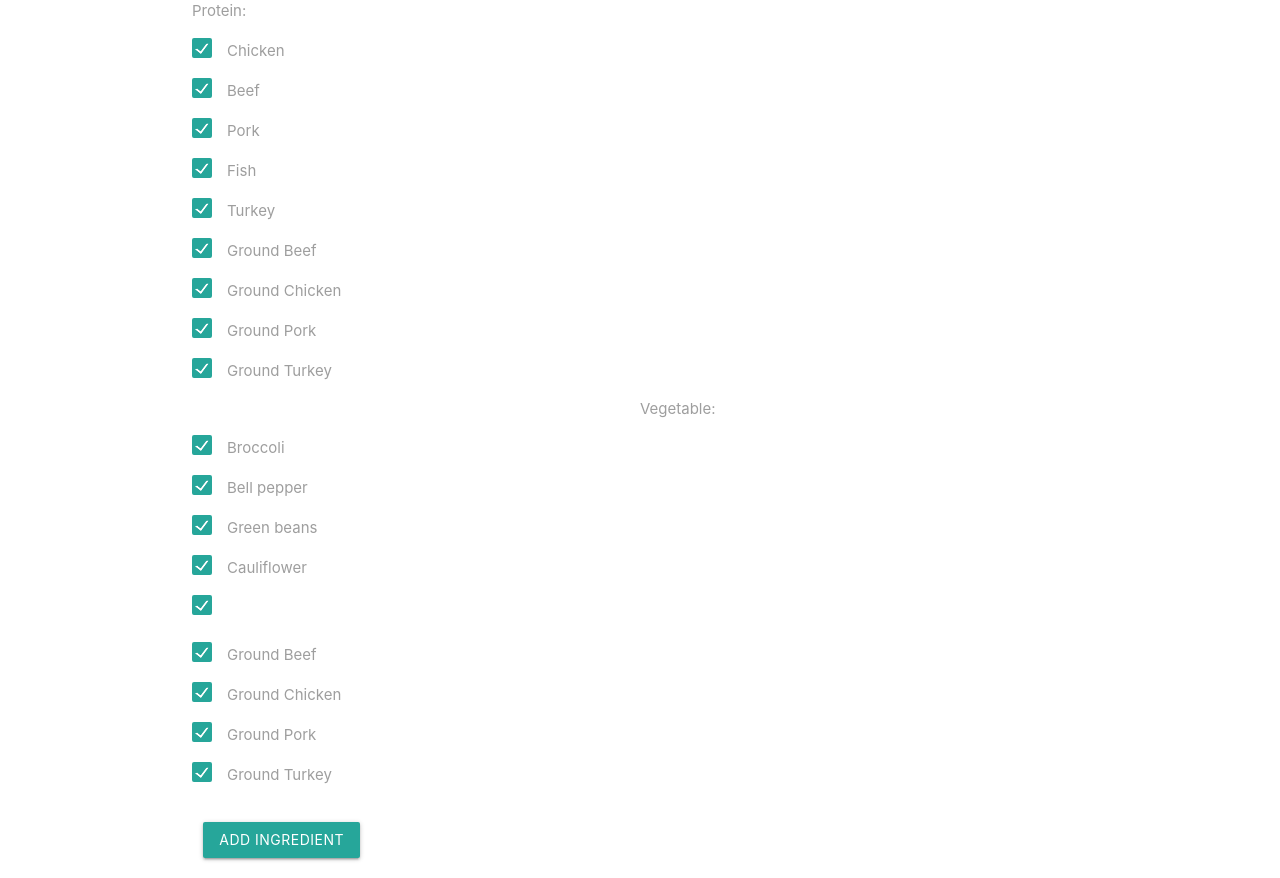
Repository: Aaron-R-Carter/Project1
Page: prototype.html
The author's editor kept a copy of each file at every save. The page is drawn from the files as they stood at one save, then again after the next save.
The browser window is 1280 px wide. The pictures show the whole page.

Above is the page before, as saved 2019-10-31 23:35:07.
Console error: SyntaxError: Unexpected token '<'

### prototype.html
<!DOCTYPE html>
<html>

<head>
    <!--Import Google Icon Font-->
    <link href="https://fonts.googleapis.com/icon?family=Material+Icons" rel="stylesheet">
    <!--Import materialize.css-->
    <link rel="stylesheet" href="https://cdnjs.cloudflare.com/ajax/libs/materialize/1.0.0/css/materialize.min.css">
    <link rel="stylesheet" href="./prototype.css">
    <!--Let browser know website is optimized for mobile-->
    <meta name="viewport" content="width=device-width, initial-scale=1.0" />

</head>

<body>

    <div class="container">
        <div id="check-box" class="row">
            <div class="protein-col m3">

                <form action="#">
                    <label type="text" class="label">Protein:</label>
                    <p>
                        <label>
                            <input type="checkbox" class="filled-in" checked="checked" />
                            <span>Chicken</span>
                        </label>
                    </p>
                    <p>
                        <label>
                            <input type="checkbox" class="filled-in" checked="checked" />
                            <span>Beef</span>
                        </label>
                    </p>
                    <p>
                        <label>
                            <input type="checkbox" class="filled-in" checked="checked" />
                            <span>Pork</span>
                        </label>
                    </p>
                    <p>
                        <label>
                            <input type="checkbox" class="filled-in" checked="checked" />
                            <span>Fish</span>
                        </label>
                    </p>
                    <p>
                        <label>
                            <input type="checkbox" class="filled-in" checked="checked" />
                            <span>Turkey</span>
                        </label>
                    </p>
                    <p>
                        <label>
                            <input type="checkbox" class="filled-in" checked="checked" />
                            <span>Ground Beef</span>
                        </label>
                    </p>
                    <p>
                        <label>
                            <input type="checkbox" class="filled-in" checked="checked" />
                            <span>Ground Chicken</span>
                        </label>
                    </p>
                    <p>
                        <label>
                            <input type="checkbox" class="filled-in" checked="checked" />
                            <span>Ground Pork</span>
                        </label>
                    </p>
                    <p>
                        <label>
                            <input type="checkbox" class="filled-in" checked="checked" />
                            <span>Ground Turkey</span>
                        </label>
                    </p>

                    <div class="vegetable col m6"></div>

                    <form action="#">
                            <label type="text" class="label">Vegetable:</label>
                            <p>
                                <label>
                                    <input type="checkbox" class="filled-in" checked="checked" />
                                    <span>Broccoli</span>
                                </label>
                            </p>
                            <p>
                                <label>
                                    <input type="checkbox" class="filled-in" checked="checked" />
                                    <span>Bell pepper</span>
                                </label>
                            </p>
                            <p>
                                <label>
                                    <input type="checkbox" class="filled-in" checked="checked" />
                                    <span>Green beans</span>
                                </label>
                            </p>
                            <p>
                                <label>
                                    <input type="checkbox" class="filled-in" checked="checked" />
                                    <span>Cauliflower</span>
                                </label>
                            </p>
                            <p>
                                <label>
                                    <input type="checkbox" class="filled-in" checked="checked" />
                                    <span></span>
                                </label>
                            </p>
                            <p>
                                <label>
                                    <input type="checkbox" class="filled-in" checked="checked" />
                                    <span>Ground Beef</span>
                                </label>
                            </p>
                            <p>
                                <label>
                                    <input type="checkbox" class="filled-in" checked="checked" />
                                    <span>Ground Chicken</span>
                                </label>
                            </p>
                            <p>
                                <label>
                                    <input type="checkbox" class="filled-in" checked="checked" />
                                    <span>Ground Pork</span>
                                </label>
                            </p>
                            <p>
                                <label>
                                    <input type="checkbox" class="filled-in" checked="checked" />
                                    <span>Ground Turkey</span>
                                </label>
                            </p>
                </form>
            </div>


        </div>
        <form id="ingredient-add-btn" class="row">

            <!-- Button will trigger new ingredient to be added -->
            <div class="col s 12">
                <input id="add " class="btn btn-primary mb-2" type="submit" value="add ingredient">
            </div>
        </form>


        <div id="ingredient-view-button"></div>

    </div>



    <script src="https://code.jquery.com/jquery-3.4.1.min.js"
        integrity="sha256-CSXorXvZcTkaix6Yvo6HppcZGetbYMGWSFlBw8HfCJo=" crossorigin="anonymous"></script>
    <script src="https://cdnjs.cloudflare.com/ajax/libs/materialize/1.0.0/js/materialize.min.js"></script>
    <script src="./script.js"></script>

</body>

</html>

### prototype.css
#form-page {
    width: 100%;

    border: 2px solid black;
}
.label {
    font-size: 15px;
}
.input-field col m6{
   float:left;
}

### script.js

    <div id="left-box">
    <form id="ingredient-form">
        <label for="ingredient-input">List of Ingredients:</label>
        <br>
        <input type="text" id="ingredient-input" placeholder="Ingredients">

        <!-- Button will trigger new ingredients to be added -->
        <input id="add " class="btn btn-primary mb-2" type="submit" value="Add a zipcode">
    </form>

    <div id="zipcode-view"></div>
</div>

After the next save:
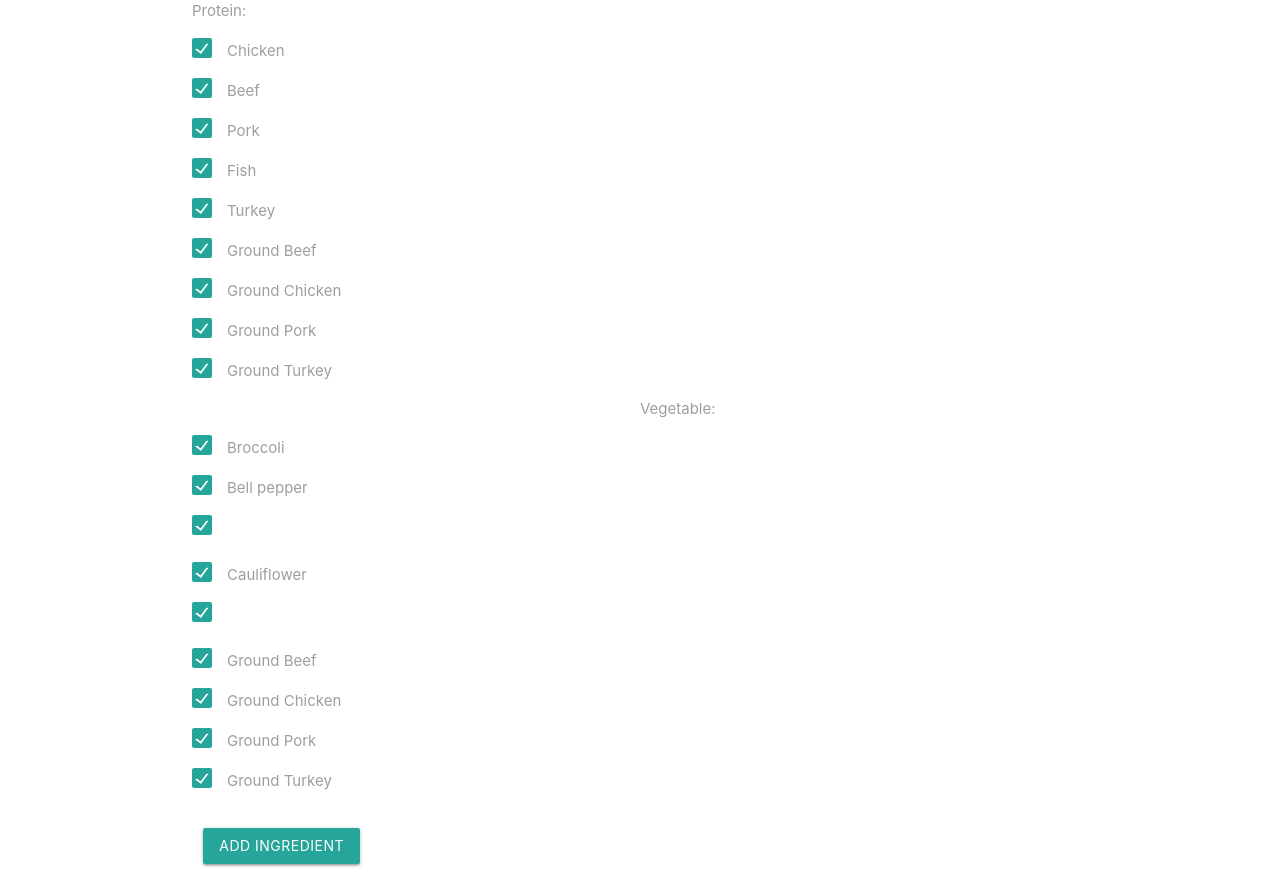
Saved 8 s later.
--- a/prototype.html
+++ b/prototype.html
@@ -94,7 +94,7 @@
                             <p>
                                 <label>
                                     <input type="checkbox" class="filled-in" checked="checked" />
-                                    <span>Green beans</span>
+                                    <span></span>
                                 </label>
                             </p>
                             <p>
